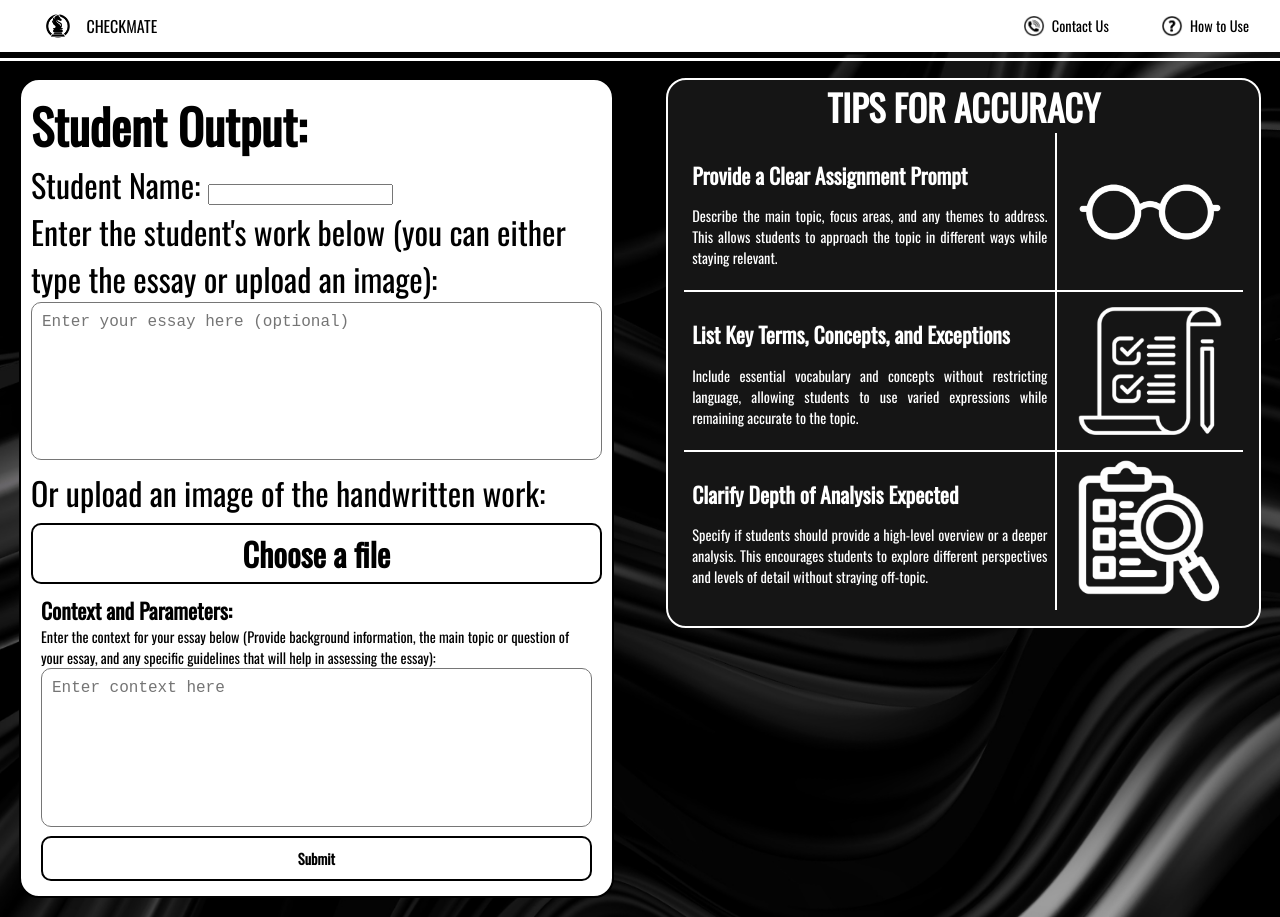
Repository: iiTzXyZ11/CheckMateAI
Page: http://localhost/scan
These files come from the project's save history. The page is drawn as it stood at one moment and after the next save; the edit follows.
The browser window is 1280 px wide. The pictures show the whole page.
The page is served by the project's application, run on Flask 3 (app.py).

Above is the page before, as saved 2025-01-30 22:41:35.

### templates/index.html
<!DOCTYPE html>
<html lang="en">
    <head>
        <meta charset="UTF-8" >
        <meta name="viewport" content="width=device-width, initial-scale=1.0">
        <title>CheckMate AI</title>
        <link rel="stylesheet" href="{{ url_for('static', filename='css/style.css') }}">
        <link rel="stylesheet" href="{{ url_for('static', filename='css/mobile_test_style.css') }}">
        <link rel="stylesheet" href="{{ url_for('static', filename='css/test_style.css') }}">
        <link rel="icon" type="image/x-icon" href="{{ url_for('static', filename='favicon.ico') }}">
        <link href='https://fonts.googleapis.com/css?family=Oswald' rel='stylesheet'>
        <link rel="apple-touch-icon" sizes="180x180" href="{{ url_for('static', filename='favicons/apple-touch-icon.png', _external=True) }}">
        <link rel="icon" type="image/png" sizes="32x32" href="{{ url_for('static', filename='favicons/favicon-32x32.png', _external=True) }}">
        <link rel="icon" type="image/png" sizes="16x16" href="{{ url_for('static', filename='favicons/favicon-16x16.png', _external=True) }}">
        <link rel="manifest" href="{{ url_for('static', filename='favicons/site.webmanifest', _external=True) }}">
    </head>
    <body>
        <header class="header">
            <div class="header-text">
                <img src="{{ url_for('static', filename='css/images/logo_black.jpg') }}" alt="CheckMate Logo">
                <p>CHECKMATE</p>
            </div>

            <div class="header-buttons">
                <a href="{{ url_for('contact') }}" class="header-link">
                    <img src="{{ url_for('static', filename='css/images/contact.png') }}" class="contact-icon" alt="Contact Icon">
                    Contact Us
                </a>
                <a href="https://www.youtube.com/watch?v=Ia6pL32Ip8I&ab_channel=CheckMateAI"
                target="_blank"
                rel="noopener noreferrer"
                class="header-link">
                    <img src="{{ url_for('static', filename='css/images/question_mark.png') }}" class="qm-icon" alt="Help Icon">
                    How to Use
                </a>
            </div>
        </header>
        <div class="top-bar"></div>

        <div class="content-wrapper">

            <div class="container">
                <div class="box">
                    <h2>Student Output:</h2>
                    <form action="{{ url_for('index') }}" method="POST" enctype="multipart/form-data">
                        <label for="student_name">Student Name:</label>
                        <input type="text" id="student_name" name="student_name" required>

                        <p>Enter the student's work below (you can either type the essay or upload an image):</p>
                        <textarea name="essay" placeholder="Enter your essay here (optional)"></textarea>
                        <p>Or upload an image of the handwritten work:</p>
                        <label class="custom-file-upload">
                            Choose a file
                            <input type="file" name="image" accept="image/*" style="display: none;" onchange="updateFileName()" />
                        </label>
                        <div id="file-name" style="margin-top: 10px; color: black;"></div> <!-- Display the file name here -->

                        <div class="box1">
                            <h2 style="color: black">Context and Parameters:</h2>
                            <p>Enter the context for your essay below (Provide background information, the main topic or question of your essay, and any specific guidelines that will help in assessing the essay):</p>
                            <textarea name="context" placeholder="Enter context here" required>{{ context }}</textarea>
                            <button type="submit">Submit</button>
                        </div>
                    </form>
                </div>
            </div>

            <div class="tips-wrapper">
                <div class="tips-container">
                    <h1>TIPS FOR ACCURACY</h1>
                        <div class="tips-grid">
                            <div class="tip1">
                                <h2>Provide a Clear Assignment Prompt</h2>
                                <p>Describe the main topic, focus areas, and any themes to address. This allows students to approach the topic in different ways while staying relevant.</p>
                            </div>

                            <div class="tip2">
                                <img class="glasses" src="static/css/images/tips/Glasses.png" alt="Glasses Icon" loading="lazy">
                            </div>

                            <div class="tip3">
                                <h2>List Key Terms, Concepts, and Exceptions</h2>
                                <p>Include essential vocabulary and concepts without restricting language, allowing students to use varied expressions while remaining accurate to the topic.</p>
                            </div>

                            <div class="tip4">
                                <img class="list" src="static/css/images/tips/List.png" alt="List Icon" loading="lazy">
                            </div>

                            <div class="tip5">
                                <h2>Clarify Depth of Analysis Expected</h2>
                                <p>Specify if students should provide a high-level overview or a deeper analysis. This encourages students to explore different perspectives and levels of detail without straying off-topic.</p>
                            </div>

                            <div class="tip6">
                                <img class="board" src="static/css/images/tips/Board.png" alt="Board Image" loading="lazy">
                            </div>
                        </div>
                    </div>
                </div>
            </div>
        </div>

        <script>
            // Function to display the file name
            function updateFileName() {
                const fileInput = document.querySelector('input[type="file"]');
                const fileNameDisplay = document.getElementById('file-name');
                if (fileInput.files.length > 0) {
                    fileNameDisplay.textContent = "Selected file: " + fileInput.files[0].name;
                }
            }
        </script>
    </body>
</html>

### static/css/style.css
@import url('https://fonts.googleapis.com/css?family=Oswald');

@font-face {
  font-family: 'Agrandir Wide';
  src: url('..fonts/Agrandir-WideBlackItalic.woff2') format('woff2'),
      url('../fonts/Agrandir-WideBlackItalic.woff') format('woff');
  font-weight: 900;
  font-style: italic;
  font-display: swap;
}

@font-face {
  font-family: 'Agrandir';
  src: url('../fonts/Agrandir-Regular.woff') format('woff'),
      url('../fonts/Agrandir-Regular.woff2') format('woff2');
  font-weight: normal;
  font-style: normal;
  font-display: swap;
}

body {
  gap: 0rem;
  grid-template-rows: repeat(auto-fill, minmax(100px, 1fr));
  margin: 0;
  font-family: 'Oswald';
  background-image: url('background.jpg');
  background-size: cover;

  overflow-x: hidden;
}

.top-bar{
  position: absolute;
  background-color: white;
  top:clamp(4.1rem, 25vw, 4.7rem);
  height: 0.5vh;
  width: 100%;
  margin:0;
}

.header {
  display: grid;
  grid-template-columns: 1fr 1fr;
  align-items: center; /* Allow items to align themselves */
  background-color: white;
  z-index: 1000;
  padding: 8px;
  height:fit-content;
}

.header-text {
  display: flex; /* Make it a flex container */
  align-items: center; /* Center content vertically */
  background: transparent;
  font-size: clamp(0.4rem,3vh,1rem);
}

.header-text p {
  margin: 0
}

.header-text img {
  display: block; /* Ensures the image respects width settings */
  width: clamp(1.5rem,3vh, 2rem); /* Optional: Prevents the image from exceeding a specific size */
  height: auto; /* Maintains the aspect ratio */
  margin-left: 3vw; /* Space from the left */
  margin-right: 1rem; /* Space between image and text */
  margin-top: 0rem;
  margin-bottom: 0rem;
}
.header-buttons {
  background: transparent;
  gap: 3vw;
  display: flex; /* Flex container for its own children */
  align-items: center; /* Center its own children vertically */
  font-size: clamp(0.4rem,3vh,0.9rem);
  margin-left: auto;
  margin-right: 1rem;

}

.header-buttons a {
  transition: border-color 0.3s;
  font-family: 'Oswald';
  color: black;
  text-decoration: none; /* Remove underline from links */
  padding: 0.8vh 1.5vh; /* Add padding */
  border: 2px solid transparent; /* Optional border for button */
  display: flex; /* Align icon and text */
  align-items: center; /* Center vertically */
  padding: 5px;
}

.header-buttons a:hover {
  border-color: black; /* Hover background */
}

.main{
  margin-top: 0.5rem;
  display: grid;
  grid-template-rows: 2fr 1fr;
  width: 100%;
  height: 100vh;
  color:#ffffff;
  align-items: center;
}

.top {
  margin:0;
  display: grid;
  grid-template-rows: 0.3fr 0.3fr;
  padding: 0vh 2vw;
  background: transparent;
}

.head img {
  display:flex;
  width:clamp(10rem, 40vw, 50rem); /* Set desired width */
  height: auto; /* Maintain aspect ratio */
  margin: 0 auto; /* Center horizontally within its parent */
  background-color: transparent;
}

.head {
  display: flex;
  flex-direction: column;
  width: 100%;
  background: transparent;
}

.title {
  display: flex; /* Use flexbox for alignment */
  justify-content: center; /* Center horizontally */
  align-items: center; /* Center vertically */
  text-align: center; /* Ensure the text itself is aligned */
  background: transparent;
  background-image: url('images/ribbon.png');
  background-position: center;
  background-repeat: no-repeat;
  background-size: clamp(9rem, 28vw, 24rem);
  height: clamp(7.5vh, 13vw, 100vh); /* Ensure sufficient height */
}

.head h2{
  margin:0;
  background: transparent;
  text-align: center;
}

.title h1 {
  margin-bottom: clamp(1rem,4vw, 100rem); /* Remove default margins */
  color: black;
  transform: rotate(355deg); /* Keep the rotation */
  font-size: clamp(1rem, 5vw, 25px); /* Ensure font scales appropriately */
}

.head h2{
  font-size: large;
  margin-bottom: 0.5rem;
}

.top a{
  margin-top: 1rem;
  display: block;
  align-self: center;
  justify-self: center;
  border: 4px solid white;
  background-color: transparent;
  color: white;
  text-decoration: none;
  font-size: 1rem;
  padding: .3vw 1vw;
  transition: color 0.3s, text-decoration 0.3s, border-color 0.3s;
  width: fit-content;
}

.top a:hover {
  font-weight: bold;
  color: black;
  text-decoration: underline 1px black;
  text-underline-offset: 6px;
  background-color: white;
  border-color: white;
  text-decoration-thickness: 2px;
  transition: color 0.3s, text-decoration 0.3s, background-color 0.3s, border-color 0.3s;
}

.top .desc {
  margin:0;
  background: transparent;
  display: block;
  width: 100%;
  text-align: center;
  font-size: clamp(10px, 3vw, 20px);
}

.bottom {
  display: flex; /* Enable flexbox on the parent container */
  flex-direction: column; /* Ensure the flex direction is vertical */
  justify-content: flex-end; /* Align items at the bottom */
  background: transparent;
  width: 100%;
  height: 100%;
}

.chessboard {
  width: 100%; /* Full viewport width */
  height: 100%; /* Scale proportionally */
}

.disclaimer {
  position: absolute; /* Allows the disclaimer to be positioned over the chessboard */
  bottom: 0; /* Aligns the disclaimer at the bottom of the parent container */
  color: white;
  background: black;
  border: 4px solid white;
  border-radius: 1rem;
  font-family: 'Oswald';
  font-size: clamp(0.5rem,2vw,0.8rem);
  align-self: center;
  text-align: center;
  padding: 5px;
  width: auto;
}

.header-bar {
  background-color: transparent;
  color: #fff;
  padding: 10px;
  text-align: center;
}


.button-container {
  text-align: center;
  margin-top: 30px;
}

.form-container,
.criteria-container {
  flex: 1;
  display: flex;
  flex-direction: column;
}

.criteria-container {
  margin-right: 20px;
}

.criteria-container table {
  width: 100%;
  border-collapse: collapse;
}

.criteria-container th,
.criteria-container td {
  border: 2px solid black;
  padding: 12px;
  text-align: center;
  font-size: 30px;
}

.criteria-container th {
  font-size: 25px;
}

.criteria {
  font-size: 36px;
  color: #333;
  padding: 40px;
  margin: 0 auto;
  background-color: #d9d9dd;
  border: 2px solid #3b1a08;
  border-radius: 10px;
  text-align: center;
  display: inline-block;
}

/* Button Styles */
.button,
.link-button,
.container button[type="submit"],
.small-button {
  background-color: #ffffff;
  border: 2px solid black;
  border-radius: 10px;
  color: black;
  padding: 10px 20px;
  text-decoration: none;
  cursor: pointer;
  font-family: 'Oswald';
  margin: 5px 0;
  display: inline-block;
  transition: background-color 0.3s, color 0.3s, border-color 0.3s; /* Add transition */
  font-weight: bold;
}

.button:hover,
.link-button:hover,
.container button[type="submit"]:hover,
.small-button:hover {
  background-color: black;
  color: #fff;
  border-color: black;
  font-weight: bold;
}

/* FRONT_PAGE.HTML */
/* Shared styles */

.desc{
  width: 28vw;
  font-size: 1.2em;
}

.contact-icon,
.qm-icon {
  width: 3vh; /* Consistent size */
  height: auto; /* Maintain aspect ratio */
  margin-right: 1vh; /* Space between icon and text */
}

.contact-icon {
  color: black;
}

.qm-icon {
  color: black;
}

.results-container {
  display: flex;
  flex-direction: column; /* Stacks items vertically */
  width: 80%;
  justify-self: center; /* Centers items horizontally */
  background: white;
  border: 2px solid black;
  border-radius: 20px;
  padding: 15px;
  margin-top: 10vh;
  font-size: clamp(10px, 3vw, 20px);
}

.results-container h2{
  font-size: clamp(1rem, 5vw, 45px);
}

.desktop{
  display:none;
}

.stuff{
  display: flex;
  flex-direction: column;
}

@media only screen and (min-width: 720px){
  #mobile{
    display:none;
  }

  .desktop{
    display:contents;
  }

  .top-bar{
    top:clamp(3.6rem, 8vh, 5.3rem);
  }

  .bottom .chessboard{
    display: none;
  }

  .disclaimer{
    border:  solid white;
    font-size: clamp(0.4rem,0.7vw,0.8rem);
  }

  .head{
    display:grid;
    grid-template-columns: 1fr 1fr;
  }

  .desktop .head img{
    align-self: left;
    margin: 0 auto;
    margin-top: 9%;
    width:clamp(5rem, 25vw, 50rem); /* Set desired width */
  }

  .title{
    display:flex;
    flex-direction: column;
    margin-top: clamp(1rem, 8vh, 9rem);
  }

  .title h1{
    margin-top: clamp(13rem, 15vw, 23rem);
    font-size: clamp(1rem, 2.5vw, 3rem);
  }

  .title h2{
    margin:0;
    font-size: clamp(9px, 2vw, 100px);
  }

  .title .desc{
    font-size: clamp(9px, 1vw, 100px);
  }

  .stuff a{
    margin-top: 3rem;
    font-size: clamp(0.5rem, 1vh, 1rem);
  }

}

### static/css/mobile_test_style.css
@media (min-width:300px) {

    .content-wrapper {
        margin-top:1vh;
        display: grid;
        gap: 2vh;
        grid-template-columns: repeat(1, minmax(100px, 1fr));
        grid-auto-rows: 1fr;
        background: transparent;
        width: 100%;
        height: fit-content;

    }

    .container{
        background-color: white;
        display: grid;
        grid-template-columns: repeat(1, minmax(auto-fit, 1fr));
        grid-auto-rows: 1fr;
        width: auto-fill;
        height: auto-fill;
        margin: 3%;
        border-radius: 20px;
        border: 2px solid black;
    }


    .box{
        background: transparent;
        margin: 10px 10px 0px 10px;
        font-size: clamp(0.5rem,2vh,2rem);
    }

    .box h2{
        margin: 0;
    }

    .box  textarea, .box1 textarea{
        width: 100%;
        min-height: 22vh; /* might need media queries*/
        height: 100%;
        box-sizing: border-box;
        padding: 10px;
        border-radius: 10px;
        resize: none;
    }

    .box .custom-file-upload {
        padding: 5px 9px;
        border: 2px solid #000;
        border-radius: 10px;
        color: black;
        background-color: #fff;
        text-decoration: none;
        cursor: pointer;
        font-weight: bold;
        margin: 1vh 0;
        display: flex;
        justify-content: center;
        align-items: center;
        transition: background-color 0.3s, border-color 0.3s;
    }

    .box .custom-file-upload:hover {
        background-color: black; /* Hover background color */
        color: white; /* Hover text color */
        border-color: transparent; /* Hover border color */
    }

    .box1{
        background: transparent;
        margin: 0px 10px 10px 10px;
        font-size: clamp(0.5rem,2vh,2rem);
    }

    .box1 h2{
        margin: 0;
    }

    .box1 button {
        width: 100%;
        padding:0;
        border-radius: 10px;
        font-size: clamp(0.4rem,1vh,1.032rem)
    }

    form p{
        margin: 0;
    }


    .tips-wrapper{
        top: 5%;
        display: grid;
        gap: 20px;
        grid-template-columns: repeat(1, minmax(100px, 1fr));
        grid-auto-rows: 1fr;
        background: transparent;
    }

    .tips-container{
        background: #151515;
        display: grid;
        grid-template-columns: repeat(1, minmax(auto-fit, 1fr));
        grid-auto-rows: 1fr 10fr;
        width: auto-fill;
        height: auto-fill;
        margin: 3%;
        border-radius: 20px;
        border: 2px solid white;
        color:white;
    }

    .tips-container h1{
        width: 100%;
        height:80%;
        align-self:center;
        margin: 0;
        text-align: center;
    }


    .tips-grid {
        color: white;
        display: grid;
        gap: 2px;
        grid-template-columns: 2fr 1fr; /* First column is twice as wide as the second */
        background: white;
        margin: 0 0.5rem 0.5rem 0.5rem;
    }

    .tip1, .tip3, .tip5 {
        display: block;
        align-content: center;
        text-align: justify; /* Center text horizontally */
        background: #151515;
        font-size: clamp(0.5rem,1.5vh,10rem);
        padding: 10px;
    }

    .tip1 h2 , .tip3 h2, .tip5 h2 {
        margin-bottom: 0.3vh;
    }

    .tip2, .tip4, .tip6 {
        background: #151515;
    }

    .tip2, .tip4, .tip6 {
        display: flex;
        justify-content: center;
        align-items: center;
    }

    .tip2 img, .tip4 img, .tip6 img{
        width: 80%;
    }
}

### static/css/test_style.css
@media only screen and (min-width: 720px) {
    .content-wrapper{
        background: transparent;
        grid-template-columns: repeat(1,1fr 1fr);
        grid-auto-columns: 1fr;
    }

    .container{
        background-color: white;
        margin: 3%;
    }

    .box  textarea, .box1 textarea{
        font-size: clamp(0.5rem,5vh,1rem);
    }

    .box{
        font-size: clamp(1rem,5vh,2rem);
    }

    .tips-container h1{
        font-size: clamp(0.8rem, 5vh, 4rem);
    }

    .tips-container img{
        width: clamp(3rem, 20vh, 10rem);
    }

    .tips-grid{
        margin: 0rem 1rem 1rem 1rem;
        grid-template-columns: 2fr 1fr; /* First column is twice as wide as the second */
    }

    .tip1, .tip3, .tip5 {
        font-size: clamp(0.1rem,2vh,1.032rem);
        padding: 0.5rem;
    }


    .tips-container {
        display:flex;
        flex-direction: column;
        color: white;
        top: 100vh;
        height:fit-content
    }

    .box1 button{
        font-size: clamp(0.9rem,1vh,1rem);
    }
}

Loaded but not shown: app.py (286 lines, source omitted)

After the next save:
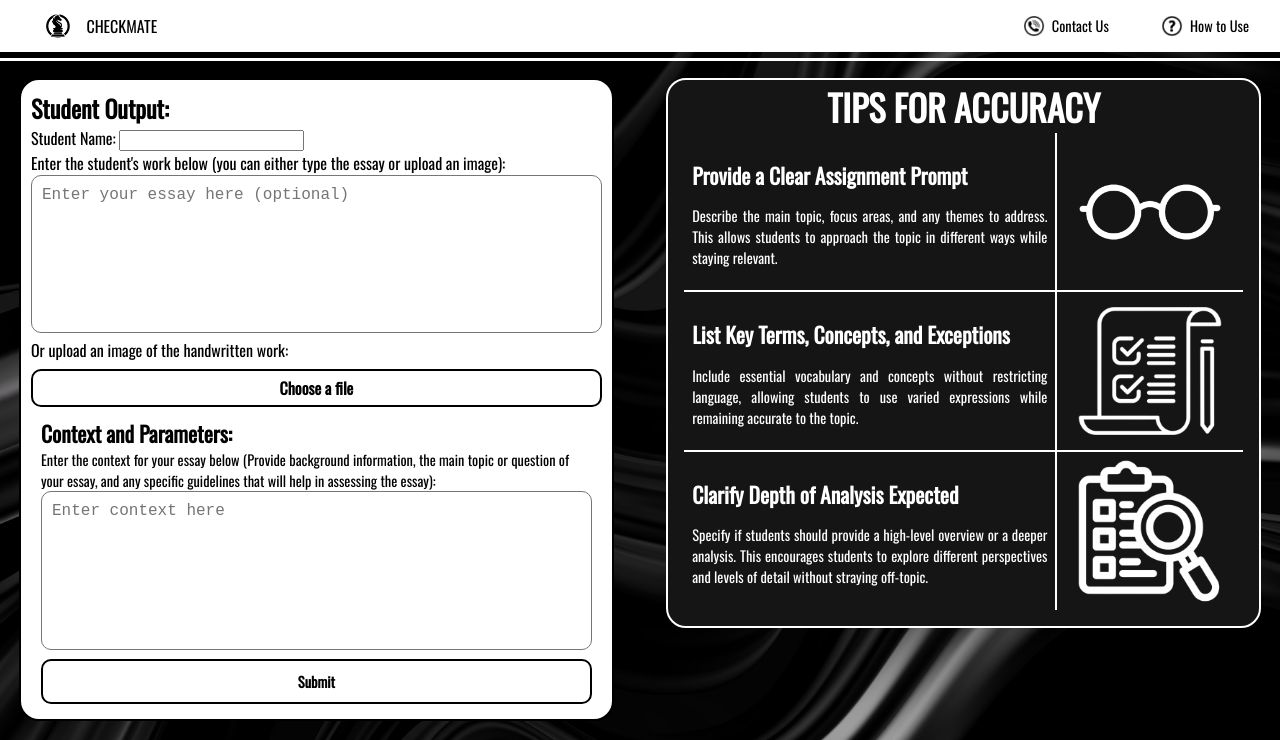
Saved 9 s later.
--- a/static/css/test_style.css
+++ b/static/css/test_style.css
@@ -15,7 +15,7 @@
     }
 
     .box{
-        font-size: clamp(1rem,5vh,2rem);
+        font-size: clamp(1rem,2vh,2rem);
     }
 
     .tips-container h1{
